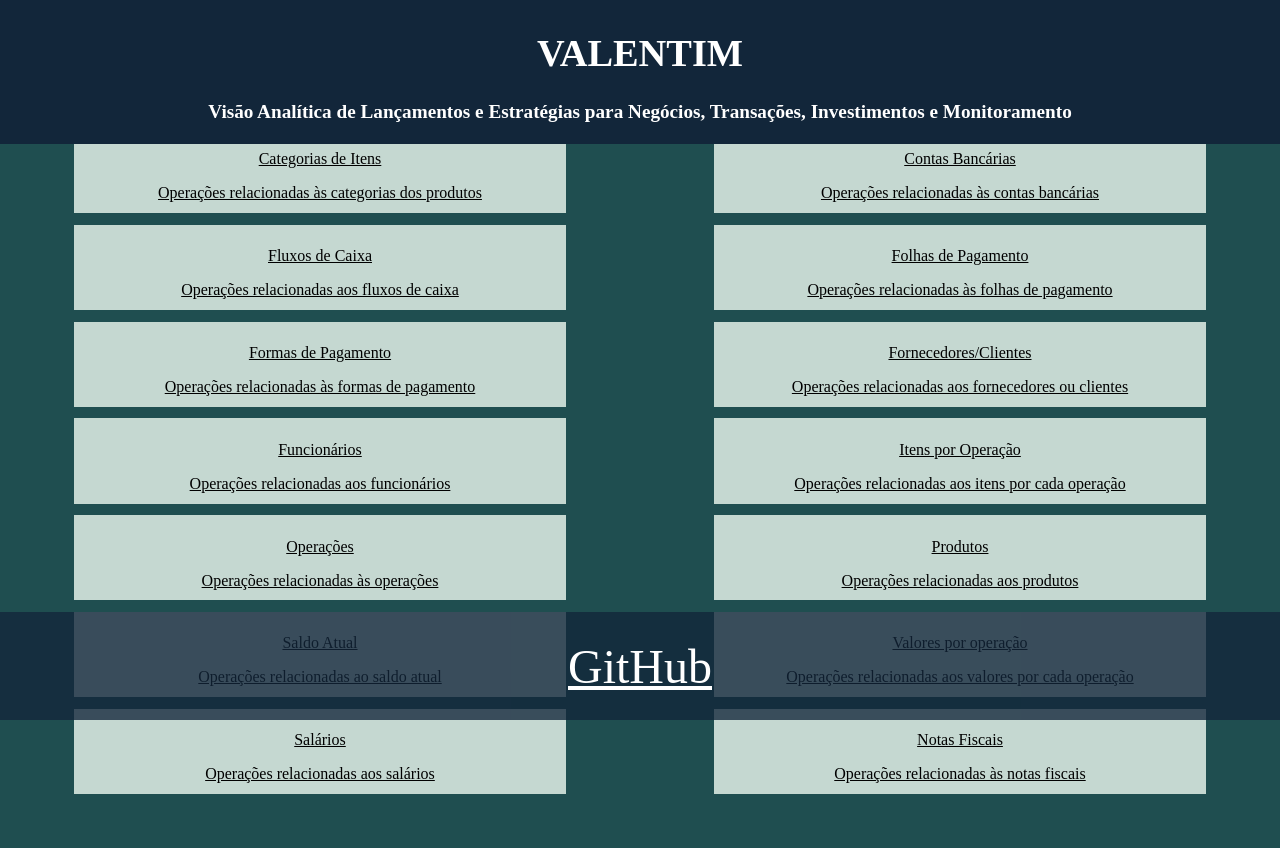
Repository: Matheus-Lacerda009/ERP-Financeiro
Page: Front/menu/menu.html
An editor plug-in stored every save of this project. The page is shown before and after a run of saves, followed by the edit.
The browser window is 1280 px wide. The pictures show the whole page.

Above is the page before, as saved 2026-07-13 19:17:18.

### Front/menu/menu.html
<!DOCTYPE html>
<html lang="en">
<head>
    <meta charset="UTF-8">
    <meta name="viewport" content="wclassth=device-wclassth, initial-scale=1.0">
    <link rel="stylesheet" href="menu.css">
    <title>Document</title>
</head>
<body>
    <header>
        <h1>VALENTIM</h1>
        <h2>Visão Analítica de Lançamentos e Estratégias para Negócios, Transações, Investimentos e Monitoramento</h2>
    </header>
    <main>
        <div class="container">
            <a href="../categoria_item/categoria_item.html" class="links">
                <div class="divEntidades">
                    <p>Categorias de Itens</p>
                    <p>Operações relacionadas às categorias dos produtos</p>
                </div>
            </a>
            <a href="../conta_bancaria/conta_bancaria.html" class="links">
            <div class="divEntidades">
                <p>Contas Bancárias</p>
                <p>Operações relacionadas às contas bancárias</p>
            </div>
            </a>
            <a href="../fluxo_caixa/fluxo_caixa.html" class="links">
            <div class="divEntidades">
                <p>Fluxos de Caixa</p>
                <p>Operações relacionadas aos fluxos de caixa</p>
            </div>
            </a>
            <a href="../folha_pagamento/folha_pagamento.html" class="links">
            <div class="divEntidades">
                <p>Folhas de Pagamento</p>
                <p>Operações relacionadas às folhas de pagamento</p>
            </div>
            </a>
            <a href="../forma_pagamento/forma_pagamento.html" class="links">
            <div class="divEntidades">
                <p>Formas de Pagamento</p>
                <p>Operações relacionadas às formas de pagamento</p>
            </div>
            </a>
            <a href="../fornecedor_cliente/fornecedor_cliente.html" class="links">
            <div class="divEntidades">
                <p>Fornecedores/Clientes</p>
                <p>Operações relacionadas aos fornecedores ou clientes</p>
            </div>
            </a>
            <a href="../funcionario/funcionario.html" class="links">
            <div class="divEntidades">
                <p>Funcionários</p>
                <p>Operações relacionadas aos funcionários</p>
            </div>
            </a>
            <a href="../itens_operacao/itens_operacao.html" class="links">
            <div class="divEntidades">
                <p>Itens por Operação</p>
                <p>Operações relacionadas aos itens por cada operação</p>
            </div>
            </a>
            <a href="../operacao/operacao.html" class="links">
            <div class="divEntidades">
                <p>Operações</p>
                <p>Operações relacionadas às operações</p>
            </div>
            </a>
            <a href="../produtos/produtos.html" class="links">
            <div class="divEntidades">
                <p>Produtos</p>
                <p>Operações relacionadas aos produtos</p>
            </div>
            </a>
            <a href="../saldoAtual/saldoAtual.html" class="links">
            <div class="divEntidades">
                <p>Saldo Atual</p>
                <p>Operações relacionadas ao saldo atual</p>
            </div>
            </a>
            <a href="../valor_pVenda/valor_pVenda.html" class="links">
            <div class="divEntidades">
                <p>Valores por operação</p>
                <p>Operações relacionadas aos valores por cada operação</p>
            </div>
            </a>
            <a href="../valor_salario/valor_salario.html" class="links">
            <div class="divEntidades">
                <p>Salários</p>
                <p>Operações relacionadas aos salários</p>
            </div>
            </a>
            <a href="../notaFiscal/nota_fiscal.html" class="links">
            <div class="divEntidades">
                <p>Notas Fiscais</p>
                <p>Operações relacionadas às notas fiscais</p>
            </div>
            </a>
        </div>
    </main>
    <footer>
        <a href="https://github.com/Matheus-Lacerda009/ERP-Financeiro.git" id="github">GitHub</a>
    </footer>
</body>
</html>

### Front/menu/menu.css
header{
    position: fixed;
    top: 0;
    left: 0;
    width: 100%;
    height: 20%;
    background-color: #12263A;
    z-index: 1;
    text-align: center;
    align-content: center;
}

footer{
    position: fixed;
    bottom: 0;
    left: 0;
    width: 100%;
    height: 15%;
    background-color: #12263ac7;
    text-align: center;
    align-content: center;
}

#github{
    color: white;
    font-size: 300%;
}

header, h1{
    font-size: 300%;
    color: white;
    font-size: 3vw;
}

header, h2{
    color: white;
    font-size: 1.5vw;
}

body{
    margin: 0;
    padding: 0;
    background-color: #1f4e50;
}

.container{
    height: 100vh;
    width: 100%;
    margin-top: 10%;
    box-sizing: border-box;
    display: grid;
    grid-template-columns: repeat(2, 7fr);
    align-content: start;
}

.divEntidades{
    height: 75%;
    width: 75%;
    background-color: #C5D8D1;
    text-align: center;
    padding: 1%;
    margin: auto;
}

.links{
    color: black;
}

After the next 2 saves:
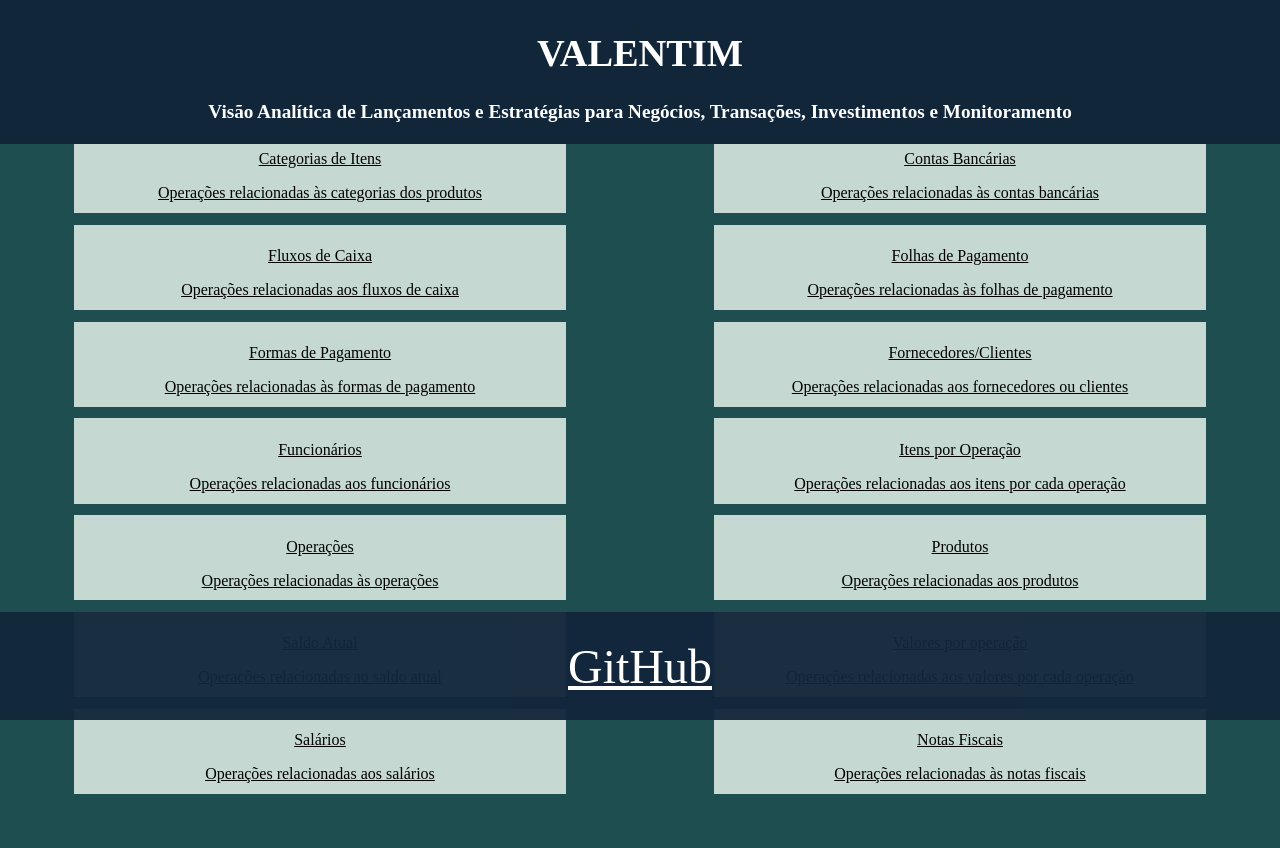
The 2 saves are shown as one change because they came seconds apart.
The last was saved 8 s later.
--- a/Front/menu/menu.css
+++ b/Front/menu/menu.css
@@ -16,7 +16,7 @@ footer{
     left: 0;
     width: 100%;
     height: 15%;
-    background-color: #12263ac7;
+    background-color: #12263af3;
     text-align: center;
     align-content: center;
 }
